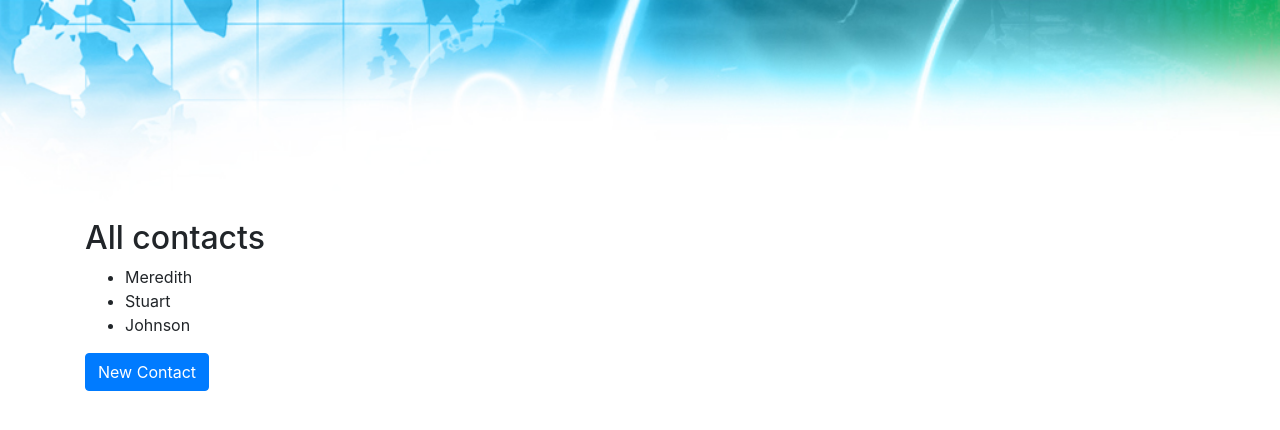
Repository: fishercom/react-phonebook
Page: /
An editor plug-in stored every save of this project. The page is shown before and after a run of saves, followed by the edit.
The browser window is 1280 px wide. The pictures show the whole page.
The project was rebuilt for these pictures with package versions that can differ from the ones it lists, and the page was loaded fresh each time. Also part of the build but not shown: src/App.css, src/components/Form.js.

Above is the page before, as saved 2021-01-31 00:19:10.

After the next 2 saves:
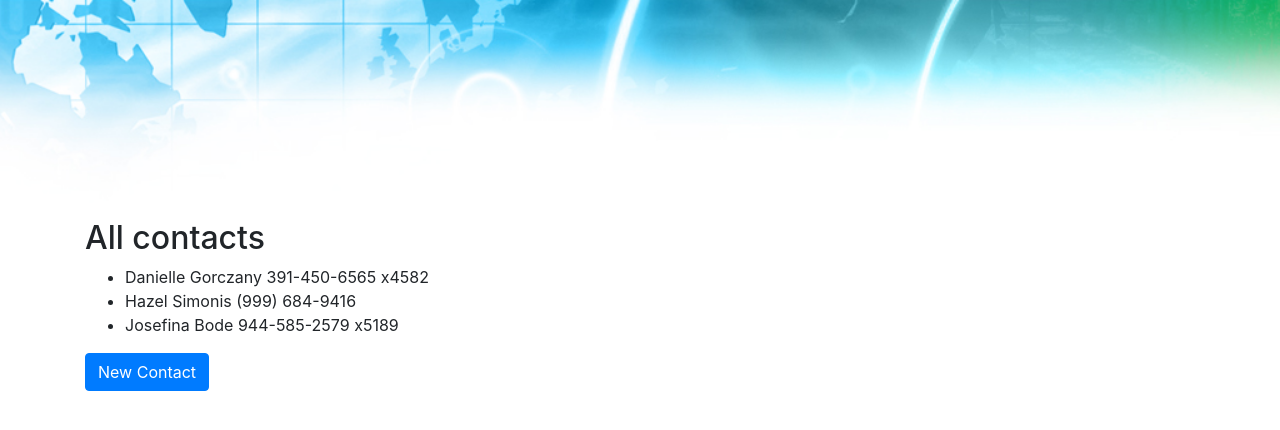
The 2 saves are shown as one change because 1 did not build or start.
The last was saved 81 s later.
--- a/src/App.js
+++ b/src/App.js
@@ -16,9 +16,9 @@ class App extends React.Component {
 
     this.state = {
       contacts: [
-        { id: uuid(), firstName: faker.name.firstName(), lastName: faker.name.lastName, phoneNumber: faker.name.phoneNumber },
-        { id: uuid(), firstName: faker.name.firstName(), lastName: faker.name.lastName, phoneNumber: faker.name.phoneNumber },
-        { id: uuid(), firstName: faker.name.firstName(), lastName: faker.name.lastName, phoneNumber: faker.name.phoneNumber }
+        { id: uuid(), firstName: faker.name.firstName(), lastName: faker.name.lastName(), phoneNumber: faker.phone.phoneNumber() },
+        { id: uuid(), firstName: faker.name.firstName(), lastName: faker.name.lastName(), phoneNumber: faker.phone.phoneNumber() },
+        { id: uuid(), firstName: faker.name.firstName(), lastName: faker.name.lastName(), phoneNumber: faker.phone.phoneNumber() }
       ],
       action: null,
       contact: null
